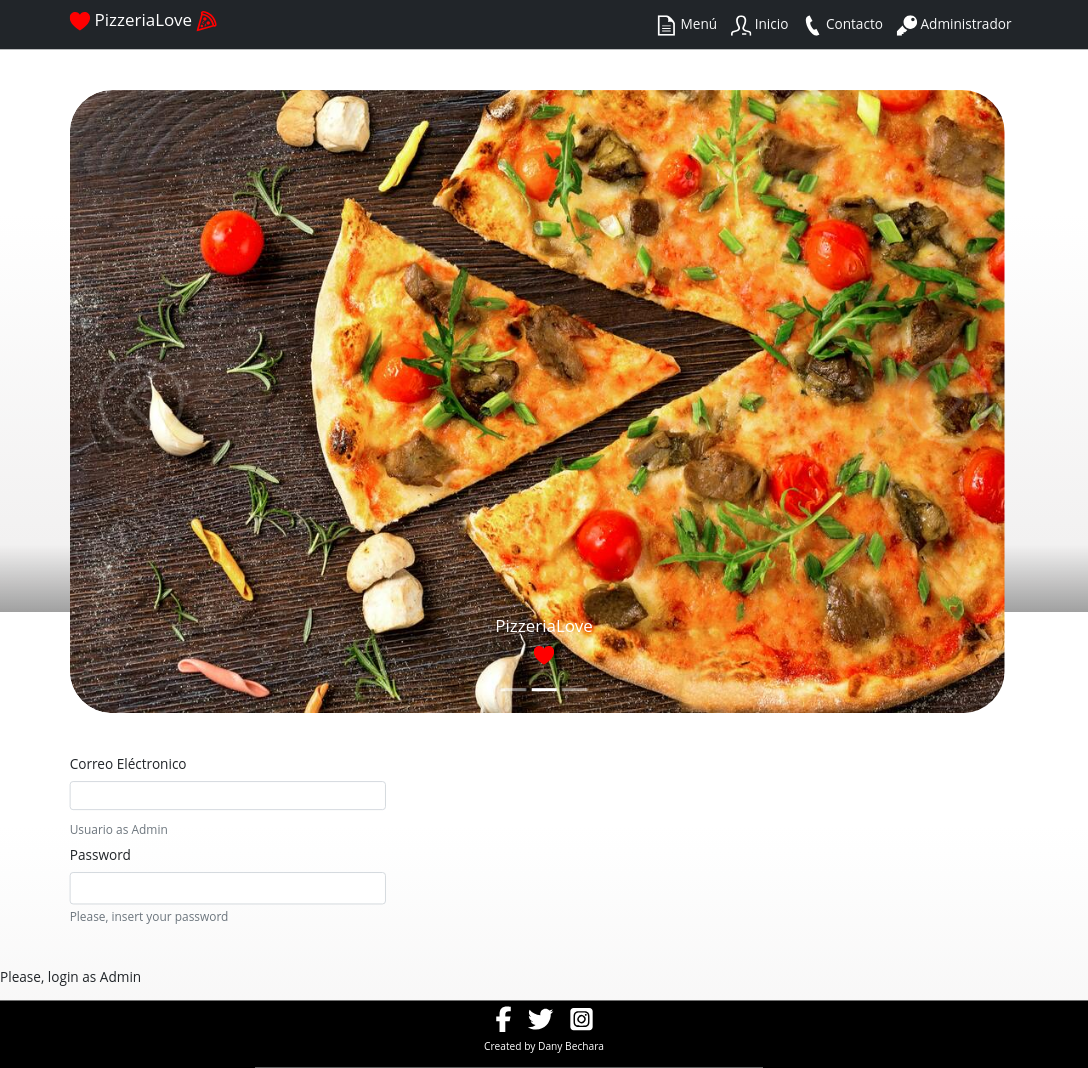
Repository: bechara611/PizzeriaLove
Page: /administrador
These files come from the project's save history. The page is drawn as it stood at one moment and after the next save; the edit follows.
The browser window is 1280 px wide. The pictures show the whole page, at 85% of full size.
The page's requests for data from a server got no answer. Backgrounds fixed to the window are drawn as part of the page. The project was rebuilt for these pictures with package versions that can differ from the ones it lists, and the page was loaded fresh each time. No one was signed in, and anything a server would have sent is missing. Also part of the build but not shown: src/App.css, src/App.js, src/Componentes/Menu.css, src/Firebase/Borrar.js, src/Componentes/Menu.js, src/Componentes/FormularioAgregarMenu.css, src/Elementos/Alerta.js.

Above is the page before, as saved 2022-02-23 09:18:02.

### src/index.js
import React,{useState} from 'react';
import ReactDOM from 'react-dom';
import './index.css';
import 'bootstrap/dist/css/bootstrap.css'
import 'bootstrap/dist/js/bootstrap.bundle.min';
import Header from './Componentes/Header';
import {BrowserRouter,Route, Routes,NavLink} from 'react-router-dom'
import {App,App2} from './App';
import WebFont from 'webfontloader'
import './index.css'
import Carousel from './Componentes/Carousel';
import Menu from './Componentes/Menu';
import Footer from './Componentes/Footer';
import { FormularioAgregarMenu } from './Componentes/FormularioAgregarMenu';

WebFont.load({
  google: {
    families: ['Open Sans:400,500,700', 'Sans-serif']
  }
});

const Index = () => {
  const [administrador,cambiaradministrador]=useState(false);
  return (
  <BrowserRouter>
     <Header administrador={administrador} cambiaradministrador={cambiaradministrador}></Header>
   <Carousel></Carousel>

    <Routes>
    <Route path='/' element={<Menu borrar={false} />} ></Route>
    <Route path='/administrador' element={<FormularioAgregarMenu />} ></Route>
    <Route path='/inicio' element={<Menu borrar={false} />} ></Route>
    </Routes>
    <Footer></Footer>
    </BrowserRouter>
    );
}


ReactDOM.render(

  <Index />,
  document.getElementById('root')
);

### src/index.css
* {
  margin: 0;
  font-family:'Open Sans';
  /* Permalink - use to edit and share this gradient: https://colorzilla.com/gradient-editor/#ffffff+0,ffffff+100&1+0,0+100;White+to+Transparent */



}


body
{
  background: rgb(255,255,255);
  background: linear-gradient(180deg, rgba(255,255,255,1) 0%, rgba(255,255,255,1) 35%, rgba(242,241,241,1) 89%, rgba(10,10,10,0.38699229691876746) 100%);

  background-attachment:fixed;
}

### src/Componentes/Header.js
import {NavLink} from 'react-router-dom'
import styled from 'styled-components';
import { BotonTipoNavLink,BotonTipoNavLinkA } from '../Elementos/BotonTipoNavLink';
import {Pizza2,Administrador2,Inicio2,Menu2,Contacto2,Heart2}from '../Elementos/ImagenesSVG';
import {App,App2} from './../App';
import './Header.css'


const Header = ({cambiaradministrador},{administrador}) => {
    let url1,urladmin;
    url1="/inicio";
    urladmin='/administrador'
      return (
        <>

        <nav className="navbar navbar-expand-sm navbar-dark bg-dark  header_nav">
        <div className="container contenedor1 ">
        <div className='hijo1_header'>
         <BotonTipoNavLink to={url1} className="navbar-brand"> <Heart2 / > PizzeriaLove <Pizza2></Pizza2></BotonTipoNavLink>



        </div>
      <div className='hijo2_header'>
        <button
        className="navbar-toggler mt-2"
        type="button"
        data-bs-toggle="collapse"
        data-bs-target="#menu"
        aria-controls="menu"
        aria-expanded="false"
        aria-label="Mostrar / Ocultar Menu"
      >
        <span className="navbar-toggler-icon"></span>
      </button>

      <div className="collapse navbar-collapse" id="menu">
      <ul className="navbar-nav me-auto mb-2 mb-lg-0 header_menu">
      <li className="nav-item opcion"><a href="#menuu" className="nav-link text-light  opcion"><Menu2></Menu2> Menú</a></li>
        <li className="nav-item"><BotonTipoNavLinkA to={url1} className="nav-link text-light"><Inicio2/> Inicio</BotonTipoNavLinkA></li>
        <li className="nav-item"><BotonTipoNavLink to={url1} className="nav-link text-light"> <Contacto2 /> Contacto</BotonTipoNavLink></li>
        <li className="nav-item"><BotonTipoNavLink to={urladmin} className="nav-link text-light"> <Administrador2 /> Administrador</BotonTipoNavLink></li>
      </ul>

    </div>
    </div>
        </div>

      </nav>

      </>
       );
    }

    export default Header;

### src/Componentes/Carousel.js
import { Heart2 } from '../Elementos/ImagenesSVG'
import imagen1 from './../Imagenes/carousel1.jpg'
import imagen2 from './../Imagenes/carousel2.jpg'
import imagen3 from './../Imagenes/carousel3.jpg'
import './Carousel.css'
const Carousel = () => {
    return (

        <>
<section className="main">
  <div className="container">
    <div className="row mt-5">
      <div className="col">
        <div className="carousel slide carousel-fade" id="mi-carousel" data-bs-ride="carousel">
          <div className="carousel-inner">
            <div className="carousel-item active">
            <div className="carousel-caption">
            <h5>PizzeriaLove</h5>
            <p><Heart2></Heart2></p>
          </div>
              <img className="img-fluid" src={imagen1} alt='' />
            </div>

            <div className="carousel-item" data-bs-interval="5000">
              <div className="carousel-caption">
                <h5>PizzeriaLove</h5>
                <p><Heart2></Heart2></p>
              </div>
              <img className="img-fluid" src={imagen2}  alt=''/>
            </div>
            <div className="carousel-item">
            <div className="carousel-caption">
            <h5>PizzeriaLove</h5>
            <p><Heart2></Heart2></p>
          </div>
            <img className="img-fluid" src={imagen3} alt='' />
            </div>
          </div>



          <button
            className="carousel-control-prev botonprev"
            type="button"
            data-bs-target="#mi-carousel"
            data-bs-slide="prev"
          >
            <span className="carousel-control-prev-icon  icono" aria-hidden="true"></span>
            <span className="visually-hidden">Prev</span>
          </button>
          <button
            className="carousel-control-next"
            type="button"
            data-bs-target="#mi-carousel"
            data-bs-slide="next"
          >
            <span className="carousel-control-next-icon icono" aria-hidden="true"></span>
            <span className="visually-hidden">Next</span>
          </button>




          <div className="carousel-indicators">
            <button
              type="button"
              className="active"
              data-bs-target="#mi-carousel"
              data-bs-slide-to="0"
              aria-label="Slide 1"
            ></button>
            <button
              type="button"
              className=""
              data-bs-target="#mi-carousel"
              data-bs-slide-to="1"
              aria-label="Slide 2"
            ></button>
            <button
              type="button"
              className=""
              data-bs-target="#mi-carousel"
              data-bs-slide-to="2"
              aria-label="Slide 3"
            ></button>
          </div>
        </div>
      </div>
    </div>
  </div>

</section>


        </>
     );
}

export default Carousel;

### src/Componentes/Footer.js
import styled from "styled-components";
import './Footer.css'
import { FontAwesomeIcon } from '@fortawesome/react-fontawesome'
import { faCoffee } from '@fortawesome/free-solid-svg-icons'
import {  faFacebookF,faInstagramSquare,faTwitter } from '@fortawesome/free-brands-svg-icons';
import useObtenerMenu from "../Hooks/useObtenerMenu";


const Footer = () => {
    let face='https://www.facebook.com';
    let insta='https://www.instagram.com';
    let twitter='https://www.twitter.com';
    let nuevaPestana="_blank"

    return (
        <>
        <div className="container-fluid " >
        <div className="row fila">
        <footer className="col-12 footer">
        <a href={face} target={nuevaPestana} className='face'><FontAwesomeIcon icon={faFacebookF}/></a>
        <a href={twitter} target={nuevaPestana} className='twitter'><FontAwesomeIcon icon={faTwitter}/></a>
        <a href={insta} target={nuevaPestana} className='instagram'><FontAwesomeIcon icon={faInstagramSquare}/></a>

        </footer>
        <p className="col-12">Created by Dany Bechara</p>
        </div>
        </div>
        </>
     );
}

export default Footer;

### src/Componentes/FormularioAgregarMenu.js
import './FormularioAgregarMenu.css'
import React,{useEffect,useState} from 'react'
import styled from 'styled-components'
import { db,app } from '../Firebase/FirebaseConfig';
import { addDoc,collection } from 'firebase/firestore';
import Alerta from '../Elementos/Alerta';
import Menu from './Menu';





const FormularioAgregarMenu = () => {
    const [platos2,cambiarplatos2]=useState([{}])
    const [precio,cambiarPrecio]=useState('');
    const [categoria,cambiarCategoria]=useState('');
    const [plato,cambiarPlato]=useState('');
    const [AlertaGenerada,CambiarAlertaGenerada]=useState(false);
    const [acceder,CambiarAcceder]=useState(false);

    const Registrar =async () => {
        try {
            await addDoc(collection(db,'menu'),
        {
            categorias:categoria,
            plato:plato,
            precio:precio
        })
        cambiarPlato('');
        cambiarCategoria('');
        cambiarPrecio('')
        CambiarAlertaGenerada(true);
        } catch (error) {
            console.log(error)
        }

    }



    return (
        <>
        <div className="container">
        <form action="" className='py-5'>
        <div className="row">
        <div className="col-12">
        <div className="col-4">
        <label htmlFor="correo" class="form-label">Correo Eléctronico</label>
        <input type="text" name="usuario" id="usuario" className='form-control py-1' aria-describedby='usuario' />
        <div id="usuario" class="form-text py-2">
         Usuario as Admin
        </div>
        </div>

        <div className="col-4">
        <label htmlFor="password" class="form-label">Password</label>
        <input type="password" name="password" id="password" className='form-control' aria-describedby='password' />
        <div id="password" class="form-text">
         Please, insert your password
        </div>
        </div>
        </div>





        </div>
        </form>
        </div>





       {acceder===true ?
         <>
         <div className="container my-5 contenedor_formulario">
     <h2 className='my-3 text-center'>Create a new pizza</h2>
     {AlertaGenerada && <Alerta CambiarAlertaGenerada={CambiarAlertaGenerada} valorr={3}></Alerta>}
        <form action="" className='' onSubmit={(e)=>{
            e.preventDefault();
            Registrar();
        }}>
        <div className="row">
        <div className="col-12">
        <label htmlFor='plato' className="form-label">New plate</label>
            <input value={plato} required type="text" className='form-control' name="plato" id="plato" aria-describedby='ayuda-plato'
            onChange={(e)=>{
                cambiarPlato(e.target.value)
            }}/>
            <div id="ayuda-plato" className="form-text">
            Please, insert the new plate.
            </div>
            </div>
            <div className="col-6">
            <label htmlFor='categorias' className="form-label">Category</label>
            <input required value={categoria} type="text" className='form-control' name="categorias" id="categorias" aria-describedby='ayuda-categorias'
            onChange={(e)=>{
                cambiarCategoria(e.target.value)
            }} />
            <div id="ayuda-plato" className="form-text">
            Please, insert the categoria.
            </div>
            </div>
            <div className="col-6">
            <label htmlFor='precio' className="form-label">Price</label>
            <input required value={precio} type="text" className='form-control' name="precio" id="precio" aria-describedby='ayuda-number'
             onChange={(e)=>{
                cambiarPrecio(e.target.value.replace(/[^0-9.]/g,''));
            }}/>
            <div id="ayuda-number" className="form-text">
            Please, insert the price.
            </div>

            </div>




        </div>
        <div className="row">
        <div className="col-12 my-4">  <button type='submit' className=' btn btn-primary col-12'>INSERT</button></div>
        </div>
            </form>
        </div>

        <Menu borrar={true}></Menu>
         </>
         :
          <><p>Please, login as Admin</p></>}

        </>
         );

}

export {FormularioAgregarMenu}

### src/Elementos/BotonTipoNavLink.js
import styled from "styled-components"
import { NavLink } from "react-router-dom"
    const BotonTipoNavLink = styled(NavLink)`
    &:hover
    {
      text-decoration: underline;
      color: black;
    }
    `

    const BotonTipoNavLinkA=styled(BotonTipoNavLink)`
    text-decoration: none;
      color: black;
      cursor:pointer;
    `
    export {BotonTipoNavLink,BotonTipoNavLinkA}

### src/Elementos/ImagenesSVG.js
import styledComponents from 'styled-components';
import {ReactComponent as Pizza} from './../Imagenes/Pizza.svg'
import {ReactComponent as Inicio} from './../Imagenes/Inicio.svg'
import {ReactComponent as Menu} from './../Imagenes/Menu.svg'
import {ReactComponent as Administrador} from './../Imagenes/Administrador.svg'
import {ReactComponent as Contacto} from './../Imagenes/Contacto.svg'
import {ReactComponent as Heart} from './../Imagenes/Heart.svg'
import {ReactComponent as Trash} from './../Imagenes/Trash.svg'
const Pizza2 = styledComponents(Pizza)`
font-size:10px;
z-index: 1;
color:white;
fill:red;

`;
const Inicio2 = styledComponents(Inicio)`
font-size:10px;
z-index: 1;
color:white;
fill:white;

`;
const Menu2 = styledComponents(Menu)`
font-size:10px;
z-index: 1;
color:white;
fill:white;

`;
const Administrador2 = styledComponents(Administrador)`
font-size:10px;
z-index: 1;
color:white;
fill:white;

`;

const Contacto2 = styledComponents(Contacto)`
font-size:10px;
z-index: 1;
color:white;
fill:white;

`;

const Heart2 = styledComponents(Heart)`
font-size:10px;
z-index: 1;
color:white;
fill:red;

`;

const Trash2=styledComponents(Trash)`
fill:blue;
cursor:pointer;
`

export {Pizza2,Administrador2,Inicio2,Menu2, Contacto2,Heart2,Trash2}

### src/Componentes/Header.css

*{
   box-sizing: border-box;
   margin: 0;
   padding: 0;


}
.header_nav2
{
    /* margin-top: -8px; */
    background: -moz-linear-gradient(top,  rgba(211,126,128,1) 0%, rgba(146,171,207,0) 76%, rgba(134,179,222,0) 90%, rgba(125,185,232,0) 100%); /* FF3.6-15 */
background: -webkit-linear-gradient(top,  rgba(211,126,128,1) 0%,rgba(146,171,207,0) 76%,rgba(134,179,222,0) 90%,rgba(125,185,232,0) 100%); /* Chrome10-25,Safari5.1-6 */
background: linear-gradient(to bottom,  rgba(211,126,128,1) 0%,rgba(146,171,207,0) 76%,rgba(134,179,222,0) 90%,rgba(125,185,232,0) 100%); /* W3C, IE10+, FF16+, Chrome26+, Opera12+, Safari7+ */
filter: progid:DXImageTransform.Microsoft.gradient( startColorstr='#d37e80', endColorstr='#007db9e8',GradientType=0 ); /* IE6-9 */


}
body
{
    /* background: url(./../Imagenes/textura.png);
	background-repeat: repeat;
	background-attachment: fixed; */
}

.nav
{


}

.contenedor12
{

    /* min-height: 300px;  */
}

.hijo1_header
{
    align-self: start;
    /* margin-top: 2%; */

}
.hijo2_header
{
    /* margin-top: 2%; */
    align-self: start;
}
.header_menu
{

}

.opcion
{
text-decoration: dotted;
display: inline-block;
opacity: 1;

}



.opcion:hover
{
    text-decoration: underline;
}

.opcion:link
{
color: green;
}

### src/Componentes/Carousel.css
.carousel-inner{border-radius: 50px;}
.carousel-item{border-radius: 50px;}
.img-fluid{border-radius: 50px;}
.icono {
    height: 100px;
    width: 100px;

      /*shape border*/
      border: 5px solid white;
      border-radius: 50%; /*zero for square */
      opacity: 0.3;
      /*symbol */
      color: BLACK;



}
.icono:hover{opacity: 1;}

### src/Firebase/FirebaseConfig.js
import { initializeApp } from "firebase/app";
import { getAnalytics } from "firebase/analytics";
import { getFirestore } from "firebase/firestore";
import { getAuth, createUserWithEmailAndPassword } from "firebase/auth";

const firebaseConfig2 = {
    apiKey: "AIzaSyDhYuWK_8Uy4S-BtkFmFfityIjQnt4M3Is",
    authDomain: "pizzerialove-00.firebaseapp.com",
    projectId: "pizzerialove-00",
    storageBucket: "pizzerialove-00.appspot.com",
    messagingSenderId: "356504995914",
    appId: "1:356504995914:web:c5fee404edbf5f32affeb3",
    measurementId: "G-CK1N9HMEKD"
  };


    const firebaseConfig = {
      apiKey:process.env.REACT_APP_FIREBASE_API_KEY,
      authDomain:process.env.REACT_APP_FIREBASE_AUTH_DOMAIN,
      projectId:process.env.REACT_APP_FIREBASE_PROJECT_ID,
      storageBucket:process.env.REACT_APP_FIREBASE_STORAGE_BUCKET,
      messagingSenderId:process.env.REACT_APP_FIREBASE_MESSAGING_SENDER_ID,
      appId:process.env.REACT_APP_FIREBASE_APP_ID,
      measurementId:process.env.REACT_APP_FIREBASE_MEASUREMENT_ID
    };



// Initialize Firebase
const app = initializeApp(firebaseConfig);
const analytics = getAnalytics(app);
const db= getFirestore();
const auth=getAuth();

export {app,analytics,db,auth};

### src/Hooks/useObtenerMenu.js
import React,{useEffect,useState} from 'react'
import { db } from '../Firebase/FirebaseConfig';
import { collection,onSnapshot } from 'firebase/firestore';

const useObtenerMenu = () => {
    const [platos,cambiarplatos]=useState([{}])
    useEffect(()=>{

            const FuncionObtenerMenu=onSnapshot(collection(db,'menu'), (snapShot)=>{

               let vectormenu=snapShot.docs.map((documento)=>{
                  // console.log(documento.id)
                    return {...documento.data(),id:documento.id}
                })
              //  console.log(vectormenu);
                cambiarplatos(vectormenu)
            })





          },[])
          return [platos,cambiarplatos]
}

export default useObtenerMenu;

### src/Componentes/Footer.css
.footer
{
    display: flex;
    flex-direction: row;
    justify-content: center;

}
.fila
{
    display: flex;
    justify-content: center;
    text-align: center;
    background: black;
    font-size: 12px;
}
.fila p
{

color: white;
}
.footer a{
    text-decoration: none;
font-size: 30px;
display: inline-block;
color: white;
margin: 0 10px;
}
.face:hover{color: blue;}
.twitter:hover{color: lightblue;}
.instagram:hover{color:#fcaf45}

Loaded but not shown: public/index.html (common file)

After the next save:
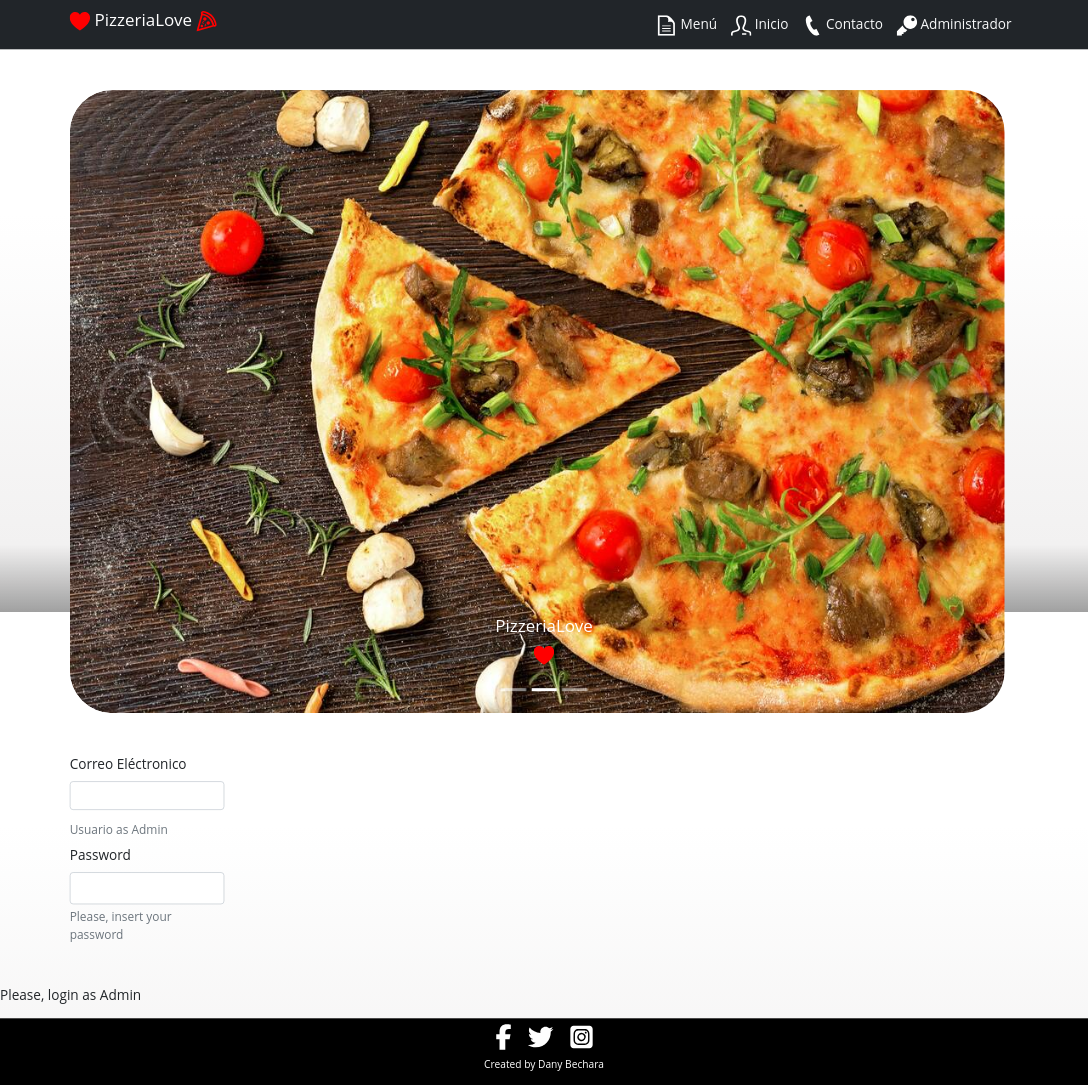
Saved 19 s later.
--- a/src/Componentes/FormularioAgregarMenu.js
+++ b/src/Componentes/FormularioAgregarMenu.js
@@ -43,7 +43,7 @@
         <div className="container">
         <form action="" className='py-5'>
         <div className="row">
-        <div className="col-12">
+        <div className="col-6">
         <div className="col-4">
         <label htmlFor="correo" class="form-label">Correo Eléctronico</label>
         <input type="text" name="usuario" id="usuario" className='form-control py-1' aria-describedby='usuario' />

After the save that followed:
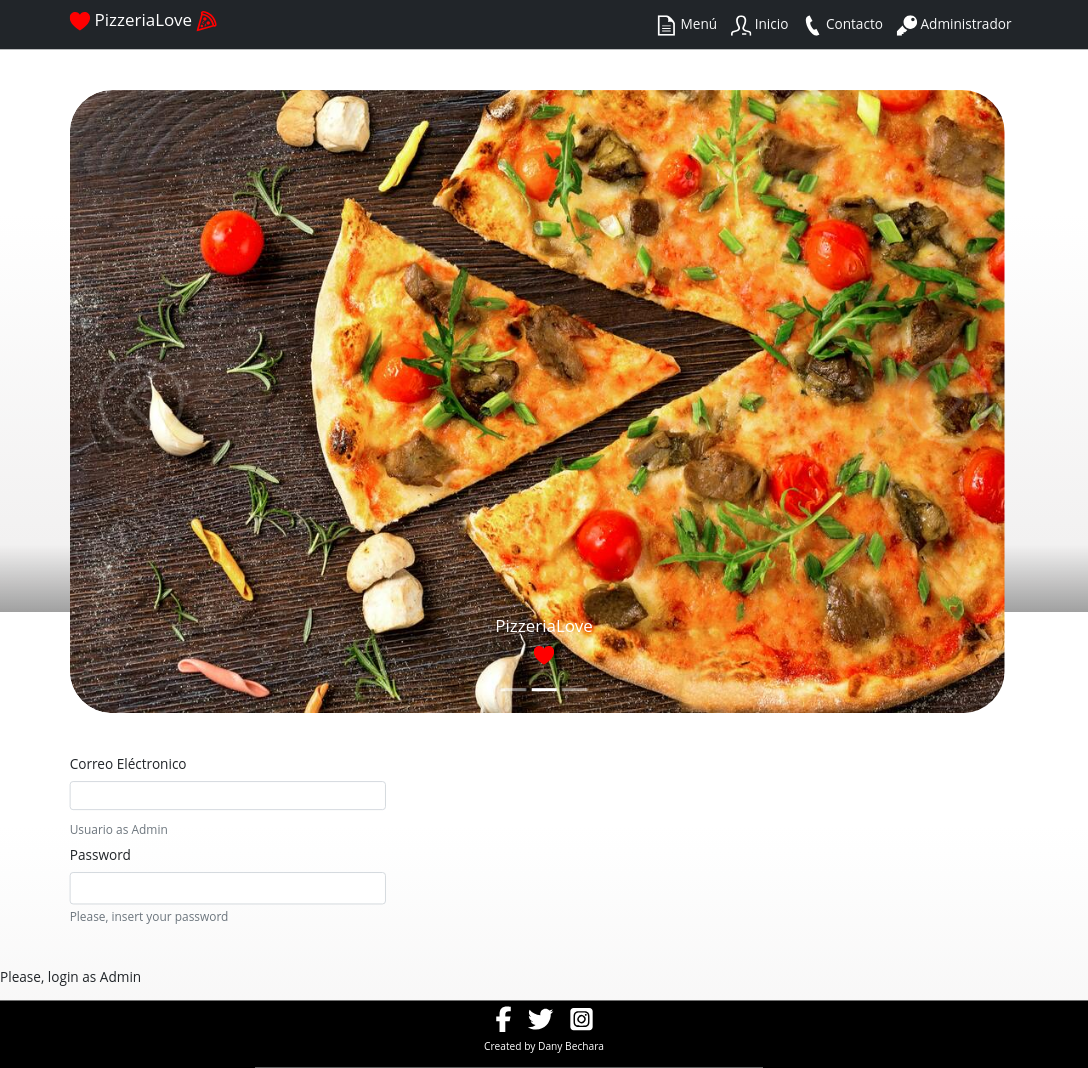
Saved 11 s later.
--- a/src/Componentes/FormularioAgregarMenu.js
+++ b/src/Componentes/FormularioAgregarMenu.js
@@ -43,7 +43,7 @@
         <div className="container">
         <form action="" className='py-5'>
         <div className="row">
-        <div className="col-6">
+        <div className="col-12">
         <div className="col-4">
         <label htmlFor="correo" class="form-label">Correo Eléctronico</label>
         <input type="text" name="usuario" id="usuario" className='form-control py-1' aria-describedby='usuario' />
